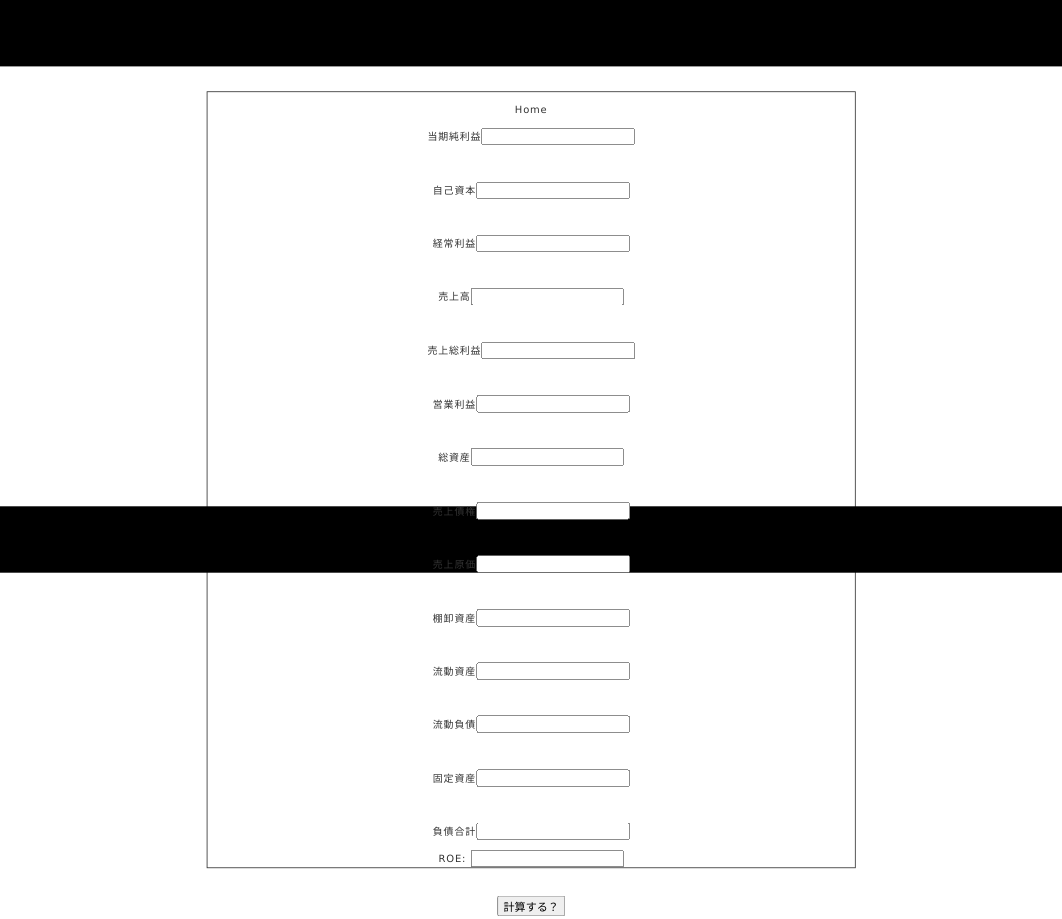
Repository: HattoriKotaro19920408/Keisanchan
Page: http://localhost/Keisanchan/
An editor plug-in stored every save of this project. The page is shown before and after the next save, followed by the edit.
The browser window is 1280 px wide. The pictures show the whole page, at 83% of full size.
The page is served by Tomcat 9.

Above is the page before, as saved 2018-08-16 05:48:43.
Console error: SyntaxError: Unexpected identifier 'roe'

After the next save:
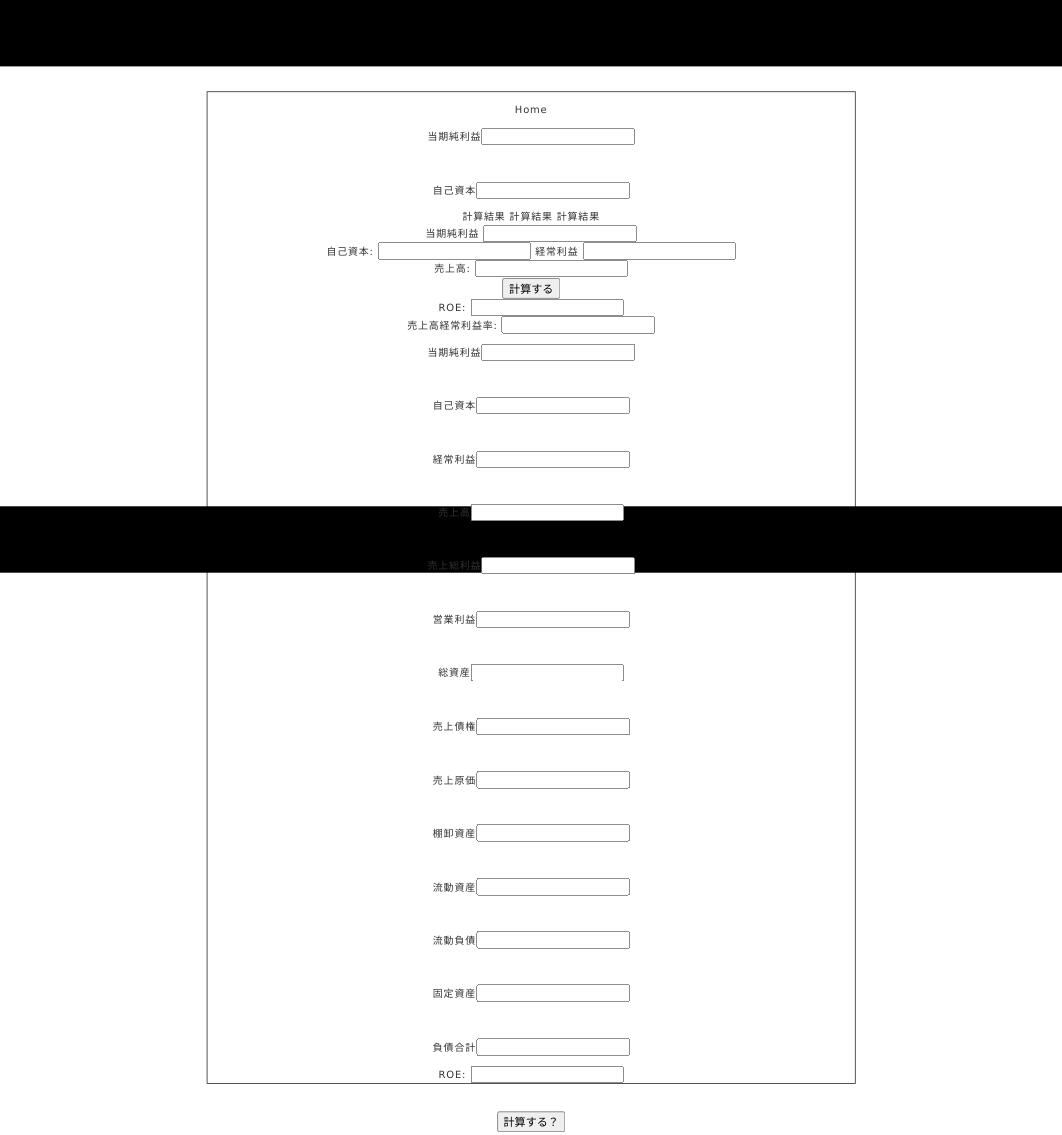
Console error: TypeError: document.getElementByName is not a function
Saved 4 min 52 s later.
--- a/Keisanchan/WebContent/home.jsp
+++ b/Keisanchan/WebContent/home.jsp
@@ -67,71 +67,71 @@
 
 
 
-<!--               <form oninput="document.getElementByName('roe').value = -->
-<!-- 					parseInt(document.getElementByName('toki').value, 10) / -->
-<!-- 					parseInt(document.getElementByName('zikoshi').value, 10)"> -->
-<!-- 					<p>当期純利益<input type="number" name="toki"><p/> -->
-<!-- 					<br><p>自己資本<input type="number" name="zikoshi"></p> -->
+              <form oninput="document.getElementByName('roe').value =
+ 					parseInt(document.getElementByName('toki').value, 10) /
+ 					parseInt(document.getElementByName('zikoshi').value, 10)">
+					<p>当期純利益<input type="number" name="toki"><p/>
+					<br><p>自己資本<input type="number" name="zikoshi"></p>
 
-<!-- 					<output for="toki zikoshi" name="roe">計算結果</output> -->
-<!-- 					<output for="toki zikoshi" name="roe">計算結果</output> -->
-<!-- 					<output for="toki zikoshi" name="roe">計算結果</output> -->
-<!-- 					</form> -->
+					<output for="toki zikoshi" name="roe">計算結果</output>
+					<output for="toki zikoshi" name="roe">計算結果</output>
+					<output for="toki zikoshi" name="roe">計算結果</output>
+					</form>
 
 
 
 
 
 
-<!-- 	<form> -->
-<!--         <label for="toki">当期純利益 </label> -->
-<!--         <input type="text" name="toki"><br> -->
-<!--         <label for="zikoshi">自己資本: </label> -->
-<!--         <input type="text" name="zikoshi"> -->
+	<form>
+        <label for="toki">当期純利益 </label>
+        <input type="text" name="toki"><br>
+        <label for="zikoshi">自己資本: </label>
+        <input type="text" name="zikoshi">
 
-<!--          <label for="keijo">経常利益 </label> -->
-<!--         <input type="text" name="keijo"><br> -->
-<!--         <label for="uriage">売上高: </label> -->
-<!--         <input type="text" name="uriage"> -->
+         <label for="keijo">経常利益 </label>
+        <input type="text" name="keijo"><br>
+        <label for="uriage">売上高: </label>
+        <input type="text" name="uriage">
 
-<!--         <br><button name="button">計算する</button> -->
-<!--     </form> -->
+        <br><button name="button">計算する</button>
+    </form>
 
-<!--     <label for="roe">ROE: </label> -->
-<!--     <input type="text" name="roe"><br> -->
-<!--      <label for="uriage_keijo_ratio">売上高経常利益率: </label> -->
-<!--     <input type="text" name="uriage_keijo_ratio"> -->
+    <label for="roe">ROE: </label>
+    <input type="text" name="roe"><br>
+     <label for="uriage_keijo_ratio">売上高経常利益率: </label>
+    <input type="text" name="uriage_keijo_ratio">
 
 
-<%-- <script> --%>
+<script>
 
-<!-- // // ボタンの要素を取得 -->
-<!-- // var button = document.getElementByName("button"); -->
+// ボタンの要素を取得
+  var button = document.getElementByName("button");
 
-<!-- // // ボタンをクリックした時の処理 -->
-<!-- // button.addEventListener("click", function(e) { -->
+ // ボタンをクリックした時の処理
+  button.addEventListener("click", function(e) {
 
-<!-- //     e.preventDefault(); -->
+     e.preventDefault();
 
-<!-- //     // 2つの入力フォームの値を取得 -->
-<!-- //     var toki = document.getElementByName("toki").value; -->
-<!-- //     var zikoshi = document.getElementByName("zikoshi").value; -->
-<!-- //     var keijo = document.getElementByName("keijo").value; -->
-<!-- //     var uriage = document.getElementByName("uriage").value; -->
+     // 2つの入力フォームの値を取得
+     var toki = document.getElementByName("toki").value;
+     var zikoshi = document.getElementByName("zikoshi").value;
+     var keijo = document.getElementByName("keijo").value;
+     var uriage = document.getElementByName("uriage").value;
 
-<!-- //     // 2つの数値を足す -->
-<!-- //     var sum = parseInt(toki, 10) + parseInt(zikoshi, 10); -->
-<!-- //     var sum = parseInt(uriage, 10) / parseInt(keijo, 10); -->
+     // 2つの数値を足す -->
+     var sum = parseInt(toki, 10) + parseInt(zikoshi, 10);
+     var sum = parseInt(uriage, 10) / parseInt(keijo, 10);
 
-<!-- //     // 足し算の結果を別の入力フォームに表示 -->
-<!-- //     var roe = document.getElementByName("roe"); -->
-<!-- //     roe.value = sum; -->
+     // 足し算の結果を別の入力フォームに表示
+     var roe = document.getElementByName("roe");
+     roe.value = sum;
 
-<!-- //     var uriage_keijo_ratio = document.getElementByName("uriage_keijo_ratio"); -->
-<!-- //     uriage_keijo_ratio.value = sum; -->
-<!-- // }); -->
+      var uriage_keijo_ratio = document.getElementByName("uriage_keijo_ratio");
+      uriage_keijo_ratio.value = sum;
+  });
 
-<%-- </script> --%>
+</script>
 
 
 <!-- 					 <form ="KeisanAction"> -->

After the save that followed:
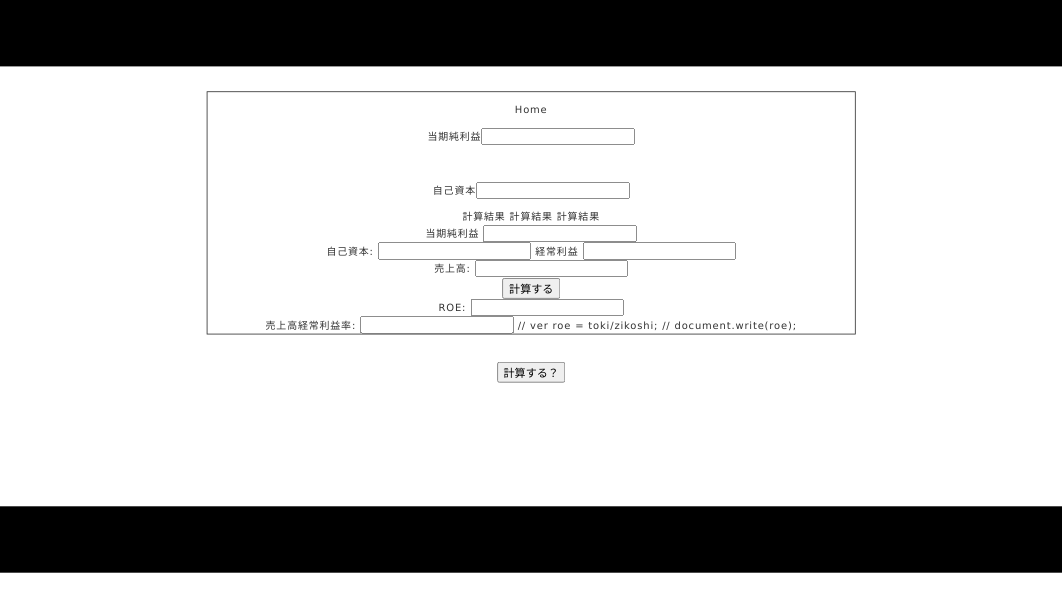
Saved 12 s later.
--- a/Keisanchan/WebContent/home.jsp
+++ b/Keisanchan/WebContent/home.jsp
@@ -136,31 +136,31 @@
 
 <!-- 					 <form ="KeisanAction"> -->
 
-<form>
-<p>当期純利益<input type="number" name="toki" value=""><p/>
-<br><p>自己資本<input type="number" name="zikoshi" value=""></p>
-<br><p>経常利益<input type="number" name="keijo" value=""></p>
-<br><p>売上高<input type="number" name="uriage" value=""></p>
-<br><p>売上総利益<input type="number" name="uriage_sori" value=""></p>
-<br><p>営業利益<input type="number" name="eigyo" value=""></p>
-<br><p>総資産<input type="number" name="total_assets" value=""></p>
-<br><p>売上債権<input type="number" name="uriage_saiken" value=""></p>
-<br><p>売上原価<input type="number" name="uriage_genka" value=""></p>
-<br><p>棚卸資産<input type="number" name="tana" value=""></p>
-<br><p>流動資産<input type="number" name="ryudo_assets" value=""></p>
-<br><p>流動負債<input type="number" name="ryudo_fusai" value=""></p>
-<br><p>固定資産<input type="number" name="kotei_assets" value=""></p>
-<br><p>負債合計<input type="number" name="total_fusai" value=""></p>
+<!-- <form> -->
+<!-- <p>当期純利益<input type="number" name="toki" value=""><p/> -->
+<!-- <br><p>自己資本<input type="number" name="zikoshi" value=""></p> -->
+<!-- <br><p>経常利益<input type="number" name="keijo" value=""></p> -->
+<!-- <br><p>売上高<input type="number" name="uriage" value=""></p> -->
+<!-- <br><p>売上総利益<input type="number" name="uriage_sori" value=""></p> -->
+<!-- <br><p>営業利益<input type="number" name="eigyo" value=""></p> -->
+<!-- <br><p>総資産<input type="number" name="total_assets" value=""></p> -->
+<!-- <br><p>売上債権<input type="number" name="uriage_saiken" value=""></p> -->
+<!-- <br><p>売上原価<input type="number" name="uriage_genka" value=""></p> -->
+<!-- <br><p>棚卸資産<input type="number" name="tana" value=""></p> -->
+<!-- <br><p>流動資産<input type="number" name="ryudo_assets" value=""></p> -->
+<!-- <br><p>流動負債<input type="number" name="ryudo_fusai" value=""></p> -->
+<!-- <br><p>固定資産<input type="number" name="kotei_assets" value=""></p> -->
+<!-- <br><p>負債合計<input type="number" name="total_fusai" value=""></p> -->
 
-<label for="roe">ROE: </label>
- <input type="text" id="roe">
-</form>
-<script type="text/javascript">
-ver roe = toki/zikoshi;
-document.write(roe);
+<!-- <label for="roe">ROE: </label> -->
+<!--  <input type="text" id="roe"> -->
+<!-- </form> -->
+<%-- <script type="text/javascript"> --%>
+// ver roe = toki/zikoshi;
+// document.write(roe);
 
 
-</script>
+<%-- </script> --%>
 
 <!-- </form> -->
 
